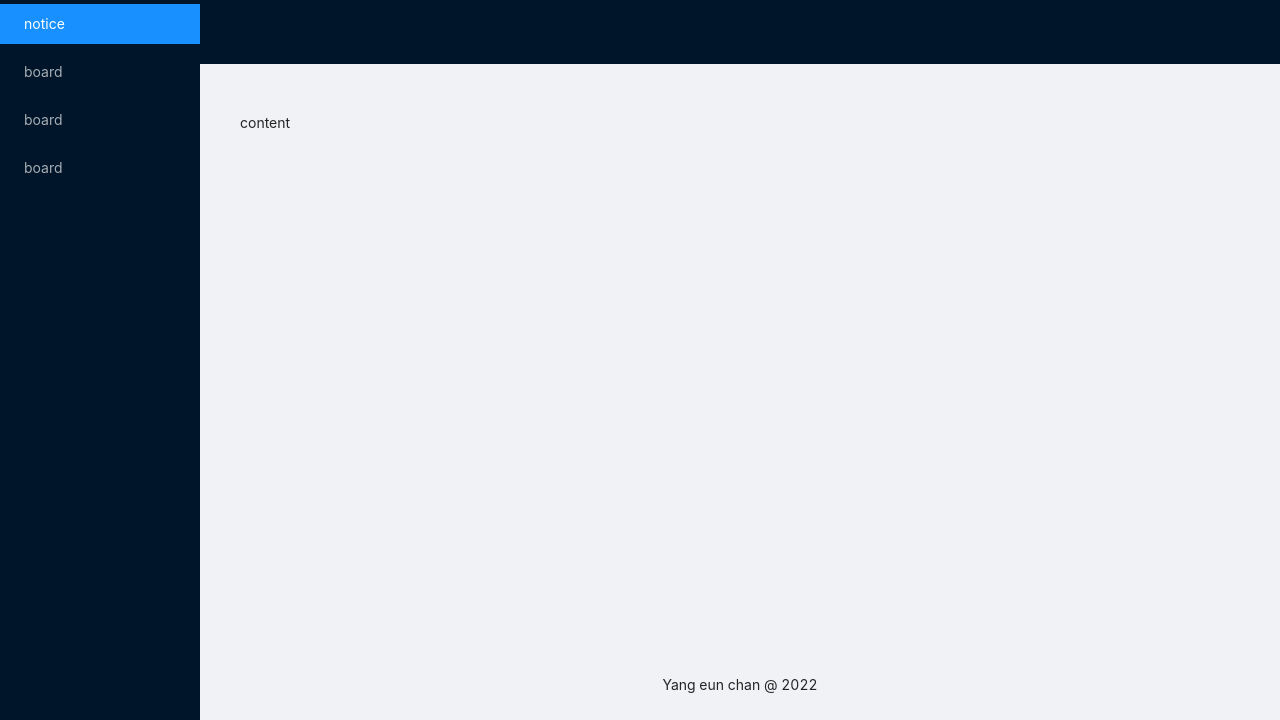
Repository: yangddoddi/community_react
Page: /
An editor plug-in stored every save of this project. The page is shown before and after the next save, followed by the edit.
The browser window is 1280 px wide. The pictures show the whole page.
The project was rebuilt for these pictures with package versions that can differ from the ones it lists, and the page was loaded fresh each time.

Above is the page before, as saved 2022-08-17 02:39:47.

### src/App.js
import {
  UploadOutlined,
  UserOutlined,
  VideoCameraOutlined,
} from "@ant-design/icons";
import { Layout, Menu } from "antd";
import "antd/dist/antd.css";
import "./App.scss";
import React from "react";
import styled from "styled-components";
const { Header, Content, Footer, Sider } = Layout;

const LayoutStyled = styled(Layout)`
  height: 100%;
`;

const ContentStyled = styled(Content)`
  height: 100%;
`;

const MenuStyled = styled(Menu)`
  padding-top: 100px;
`;

const App = () => {
  const items = [
    { label: "notice", key: "1" },
    { label: "board", key: "2" },
    { label: "board", key: "3" },
    { label: "board", key: "4" },
  ];

  return (
    <LayoutStyled>
      <Sider
        breakpoint="lg"
        collapsedWidth="0"
        onBreakpoint={(broken) => {
          console.log(broken);
        }}
        onCollapse={(collapsed, type) => {
          console.log(collapsed, type);
        }}
      >
        <div className="logo" />
        <Menu
          theme="dark"
          mode="inline"
          defaultSelectedKeys={["1"]}
          items={items}
        />
      </Sider>
      <Layout>
        <Header
          className="site-layout-sub-header-background"
          style={{
            padding: 0,
          }}
        />
        <ContentStyled
          style={{
            margin: "24px 16px 0",
          }}
        >
          <div
            className="site-layout-background"
            style={{
              padding: 24,
              minHeight: 360,
            }}
          >
            content
          </div>
        </ContentStyled>
        <Footer
          style={{
            textAlign: "center",
          }}
        >
          Yang eun chan @ 2022
        </Footer>
      </Layout>
    </LayoutStyled>
  );
};

export default App;

### src/App.scss
.site-layout-content {
    min-height: 280px;
    padding: 24px;
    background: #fff;
  }
  #components-layout-demo-top .logo {
    float: left;
    width: 120px;
    height: 31px;
    margin: 16px 24px 16px 0;
    background: rgba(255, 255, 255, 0.3);
  }
  .ant-row-rtl #components-layout-demo-top .logo {
    float: right;
    margin: 16px 0 16px 24px;
  }

  #root {
    height: 100%;
  }

Loaded but not shown: public/index.html (common file); src/index.js (common file); src/index.css (common file); src/reportWebVitals.js (common file)

After the next save:
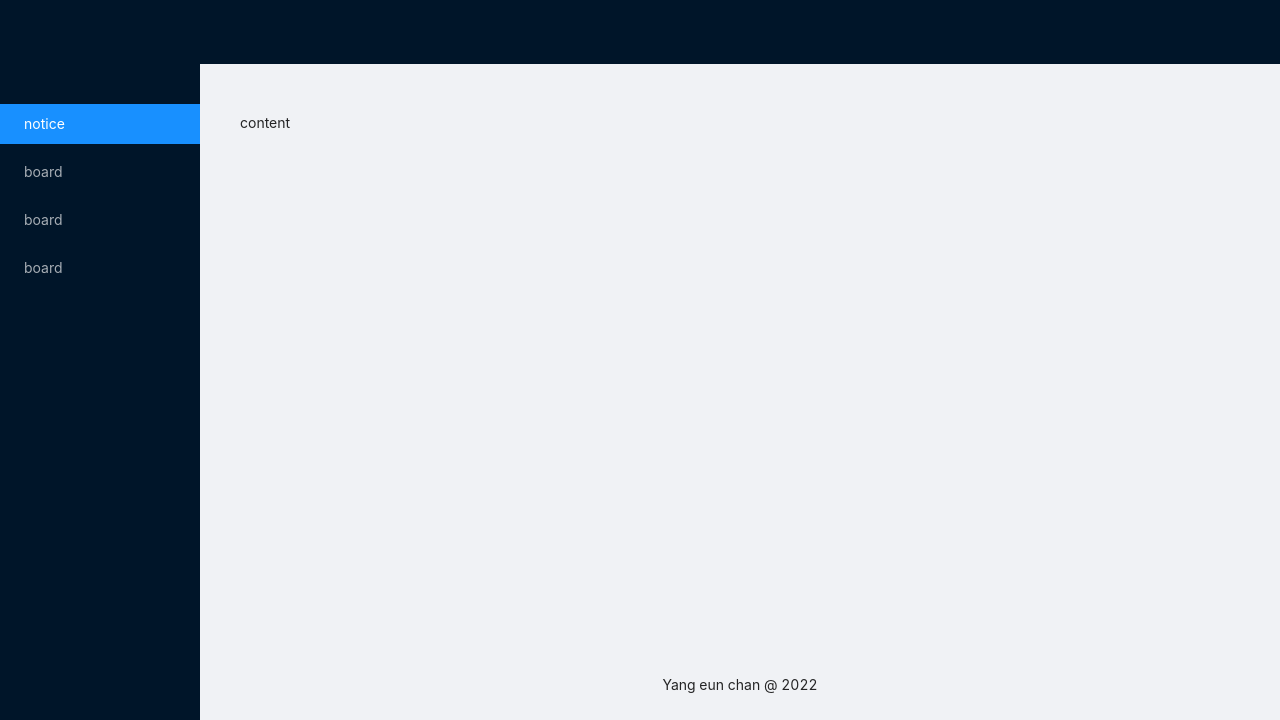
Saved 7 s later.
--- a/src/App.js
+++ b/src/App.js
@@ -43,7 +43,7 @@ const App = () => {
         }}
       >
         <div className="logo" />
-        <Menu
+        <MenuStyled
           theme="dark"
           mode="inline"
           defaultSelectedKeys={["1"]}
